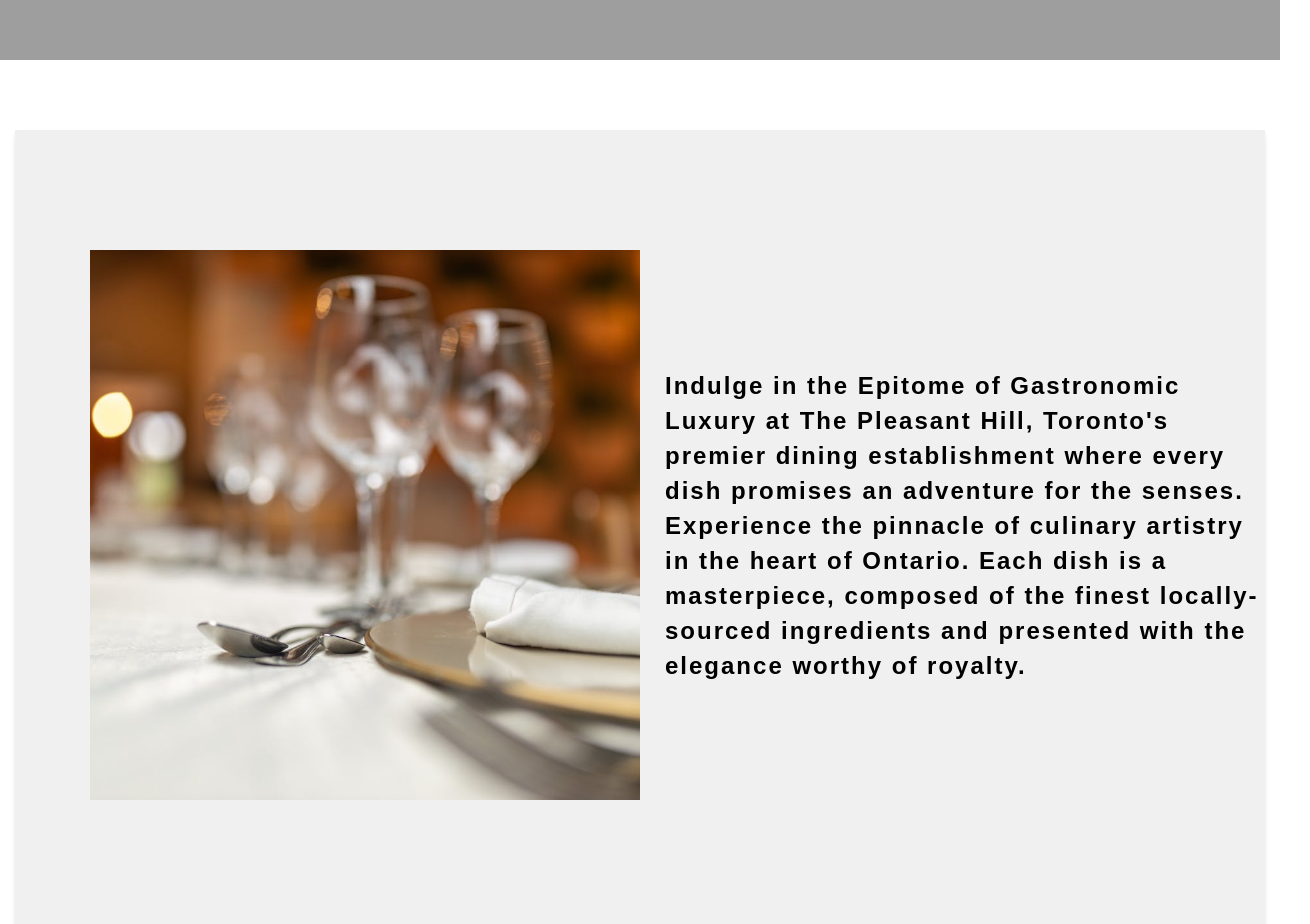
Repository: shayanabedi98/pleasant-hill-restaurant
Page: /
These files come from the project's save history. The page is drawn as it stood at one moment and after the next save; the edit follows.
The browser window is 1280 px wide. The page is 1290 px wide, then 1310 px, then 1290 px, so the pictures cover 1310 px, including what lies to the right of the window. The pictures show the part of the page from y = 920 to 1844 px (the page is 2622 px tall).
Pictures or frames that could not be fetched are drawn as grey boxes. Backgrounds fixed to the window are drawn as part of the page. Some web fonts or font styles are not loaded; a fallback is used. The project was rebuilt for these pictures with package versions that can differ from the ones it lists, and the page was loaded fresh each time. Also part of the build but not shown: vite.config.js, src/components/Contact.jsx, src/components/MenuList.jsx, src/components/Appetizers.jsx, src/components/Entrees.jsx, src/components/Desserts.jsx, src/components/Drinks.jsx, src/components/Menu.jsx and 1 more.

Above is the page before, as saved 2023-12-27 19:09:34.

### index.html
<!doctype html>
<html lang="en">
  <head>
    <meta charset="UTF-8" />
    <link rel="icon" type="image/svg+xml" href="/vite.svg" />
    <meta name="viewport" content="width=device-width, initial-scale=1.0" />
    <link rel="preconnect" href="https://fonts.googleapis.com">
    <link rel="preconnect" href="https://fonts.gstatic.com" crossorigin>
    <link href="https://fonts.googleapis.com/css2?family=Italiana&display=swap" rel="stylesheet">
    <title></title>
  </head>
  <body>
    <div id="root"></div>
    <script type="module" src="/src/main.jsx"></script>
  </body>
</html>

### src/App.jsx
import { useState } from "react";
import Contact from "./components/Contact";
import Home from "./components/Home";
import Menu from "./components/Menu";
import Navbar from "./components/Navbar";
import "./App.css";

function App() {
  const [activeDiv, setActiveDiv] = useState({
    home: true,
    menu: false,
    contact: false,
  });

  const renderDiv = (clickedItem) => {
    setActiveDiv({
      home: clickedItem === 'home',
      menu: clickedItem === 'menu',
      contact: clickedItem === 'contact'
    })
  }

  return (
    <>
      <Navbar onClick={renderDiv} />
      {activeDiv.home && <Home />}
      {activeDiv.menu && <Menu />}
      {activeDiv.contact && <Contact />}
    </>
  );
}

export default App;

### src/components/Home.jsx
import React from 'react'
import aboutImg from '../assets/about.jpg'
import toronto from '../assets/toronto.jpg'
import '../assets/banner.jpg'

const Home = () => {
  return (
    <div className='home'>
      <div className='banner-content'>
        <h1>Dine in luxury at The Pleasant Hill</h1>
        <div className='banner-buttons'>
          <button>View Menu</button>
          <button>Book Reservation</button>
        </div>
      </div>
      <div className="about">
        <div className='about1'>
          <img src={aboutImg} alt="zoomed in picture of a dining table with utensils" />
          <h2>Indulge in the Epitome of Gastronomic Luxury at The Pleasant Hill, Toronto's premier dining establishment where every dish promises an adventure for the senses. Experience the pinnacle of culinary artistry in the heart of Ontario. Each dish is a masterpiece, composed of the finest locally-sourced ingredients and presented with the elegance worthy of royalty.</h2>
        </div>

        <div className="about2">
          <p>Nestled in the heart of Toronto, Ontario, The Pleasant Hill offers an oasis of culinary refinement in a world bustling with activity. This luxurious haven of gastronomy is not just a restaurant; it is a destination where the art of fine dining is celebrated, and every meal is an exquisite journey. With its opulent ambiance, The Pleasant Hill invites patrons to indulge in a symphony of flavors crafted by world-renowned chefs. Our sommelier-curated wine selection complements the epicurean delights, featuring rare vintages and sought-after labels from the most esteemed vineyards. At The Pleasant Hill, we believe that a meal should be a cherished moment, a time to savor the luxuries that life has to offer. We take pride in creating an unforgettable experience that begins with a warm welcome and lingers long after the last decadent dessert is enjoyed. Come, be our guest and immerse yourself in the pinnacle of Toronto's dining scene.</p>
          <img src={toronto} alt="Toronto skyline" />
        </div>
      </div>
    </div>
  )
}

export default Home

### src/components/Navbar.jsx
import React from "react";
import logo from "../assets/logo2.png";

const Navbar = ({ onClick }) => {
  return (
    <div className="navbar">
      <img src={logo} alt="" />
      <ul>
        <li onClick={() => onClick("home")}>Home</li>
        <li onClick={() => onClick("menu")}>Menu</li>
        <li onClick={() => onClick("contact")}>Contact</li>
      </ul>
    </div>
  );
};

export default Navbar;

### src/App.css


* {
  font-family: 'Italiana', sans-serif;
  font-weight: 600;
  letter-spacing: 2px;
}

body {
  padding: 0px;
  margin: 0px;
}

.navbar {
  background-color: black;
  display: grid;
  grid-template-columns: 1fr 1fr;
  place-items: center;
  align-content: center;
  height: 120px;
  box-shadow: rgba(0, 0, 0, 0.24) 0px 3px 8px;
  z-index: 2;
  position: fixed;
  width: 100%;
  top: 0;
}

.navbar ul li {
  list-style: none;
  font-size: 24px;
  text-align: center;
  color: rgb(245, 245, 232);
  background-color: black;
}

.navbar ul {
  display: grid;
  width: 70%;
  grid-template-columns: 1fr 1fr 1fr;
  padding: 0px;
  margin: 0px;

}

.navbar ul li:hover {
  cursor: pointer;
  background-color: #aa9c66;
}

.banner-content {
  background: url('./assets/banner.jpg');
  background-attachment: fixed;
  height: 980px;
  display: grid;
  place-items: center;
}

.banner-content h1 {
  position: relative;
  top: 200px;
  font-size: 70px;
  color: #ffffff;
}

.banner-buttons {
  position: relative;
  top: -150px;
  display: grid;
  grid-template-columns: 1fr 1fr;
  gap: 50px;
}

.banner-buttons button {
  width: 170px;
  height: 70px;
  font-size: 20px;
  border: none;
  background-color: #aa9c66;
  color: #ffffff;
  cursor: pointer;
  box-shadow: rgba(50, 50, 93, 0.25) 0px 13px 27px -5px, rgba(0, 0, 0, 0.3) 0px 8px 16px -8px;
}

.about {
  box-shadow: rgba(0, 0, 0, 0.1) 0px 4px 6px -1px, rgba(0, 0, 0, 0.06) 0px 2px 4px -1px;
  width: 1200px;
  margin: 70px auto;
  padding: 25px;
  text-align: start;
  background-color: #f0f0f0;
}

.about1, .about2 {
  display: grid;
  grid-template-columns: 1fr 1fr;
  place-items: center;
  width: 1200px;
  margin: 70px auto;
  padding: 25px;
  line-height: 35px;
}

.about img {
  height: 550px;
  width: 550px;
  object-fit: cover;
}

.menu {
  background-color: #aa9c662f;
  width: 1220px;
  padding: 40px;
  margin: 120px auto;
  box-shadow: rgba(0, 0, 0, 0.1) 0px 4px 6px -1px, rgba(0, 0, 0, 0.06) 0px 2px 4px -1px;
}

.card-container {
  display: grid;
  gap: 20px;
  grid-template-columns: repeat(3, 1fr);
  place-items: center;
  color: #aa9c66;
  width: 1200px;
  margin: auto;
}

.menu-imgs {
  width: 300px;
  margin: 30px 30px 30px 30px;
  border-radius: 5%;
}

.menu-desc {
  text-align: center;
  font-weight: 600;
  padding-left: 20px;
  padding-right: 20px
}

.menu-names {
  font-size: 25px;
  text-decoration: underline;
  color: rgb(158, 152, 96);
}

.card {
  width: 370px;
  min-height: 400px;
  cursor: pointer;
  box-shadow: 0 13px 27px -5px hsla(240, 30.1%, 28%, 0.25), 0 8px 16px -8px hsla(0, 0%, 0%, 0.3), 0 -6px 16px -6px hsla(0, 0%, 0%, 0.03);
  transition: all ease 200ms;
  display: grid;
  place-items: center;
  grid-template-rows: 1fr 0.3fr 0.3fr;
  background-color: black;
  border-radius: 1rem;
  overflow: hidden;

}

.card:hover {
  cursor: pointer;
  transform: scale(1.03);
  box-shadow: 0 13px 40px -5px hsla(240, 30.1%, 28%, 0.12), 0 8px 32px -8px hsla(0, 0%, 0%, 0.14), 0 -6px 32px -6px hsla(0, 0%, 0%, 0.02);
}


.menu-desc, .menu-names {
  background-color: black;
}

.menu h2 {
  text-align: center;
  font-size: 35px;
  margin: 60px 0 60px 0;

}

.menu h1 {
  text-align: center;
  font-size: 40px;
}

.menu-top-p {
  text-align: center;
  font-size: 23px;
  width: 1200px;
  margin: 70px auto;
}


.contact h1 {
  text-align: center;
  width: 1200px;
  font-size: 45px;
  margin: 70px auto;
  text-decoration: underline;

}

.contact h2 {
  text-align: center;
  margin: 1px auto;
  width: 1200px;
}

.contact h3 {
  text-align: center;
  margin: 40px auto;
}

.iframe-div {
  margin: 50px auto;
  display: flex;
  justify-content: center;
  align-items: center;
}

Loaded but not shown: src/main.jsx (common file)

After the next save:
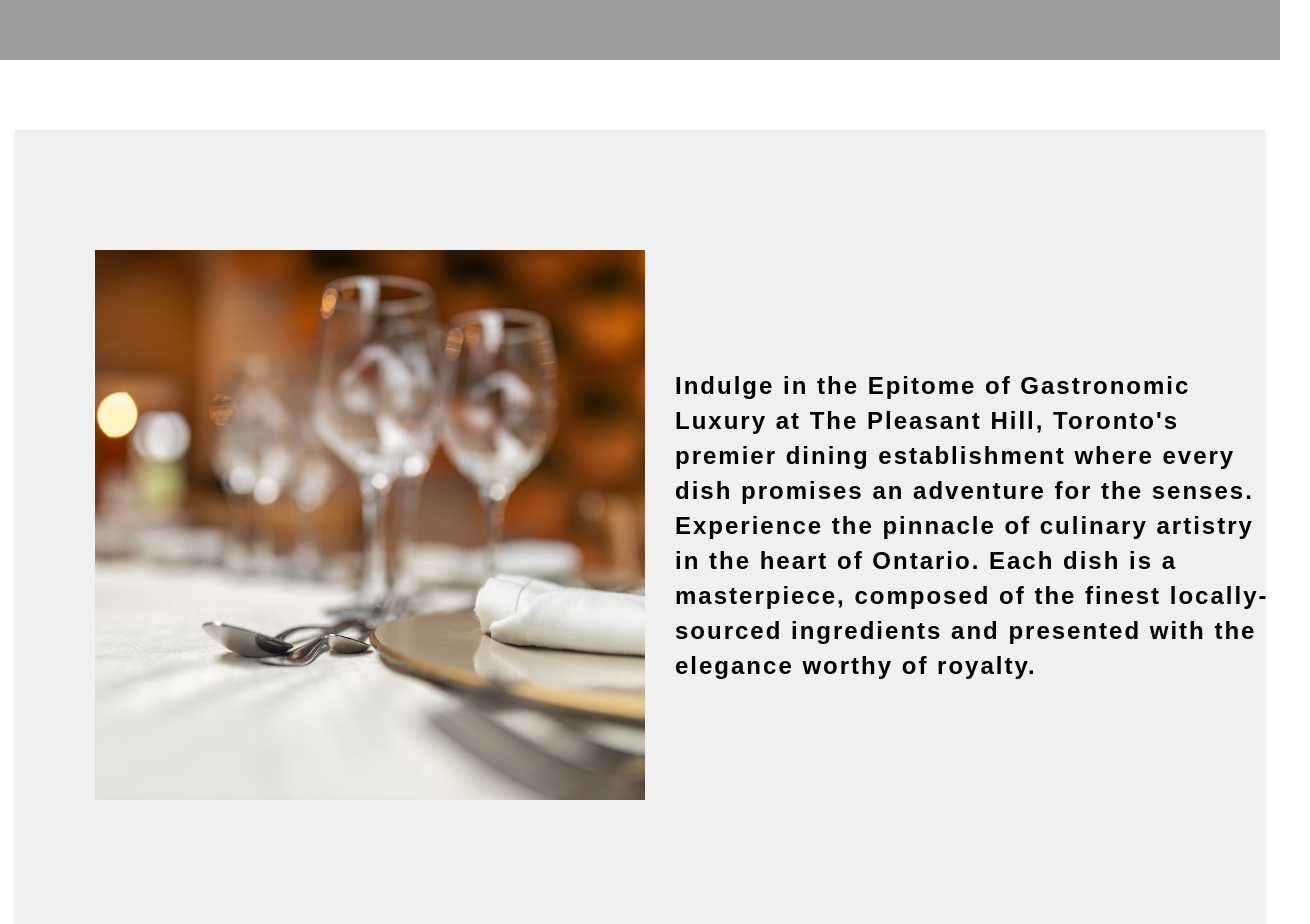
Saved 44 s later.
--- a/src/App.css
+++ b/src/App.css
@@ -94,7 +94,7 @@
   display: grid;
   grid-template-columns: 1fr 1fr;
   place-items: center;
-  width: 1200px;
+  width: 1220px;
   margin: 70px auto;
   padding: 25px;
   line-height: 35px;

After the save that followed:
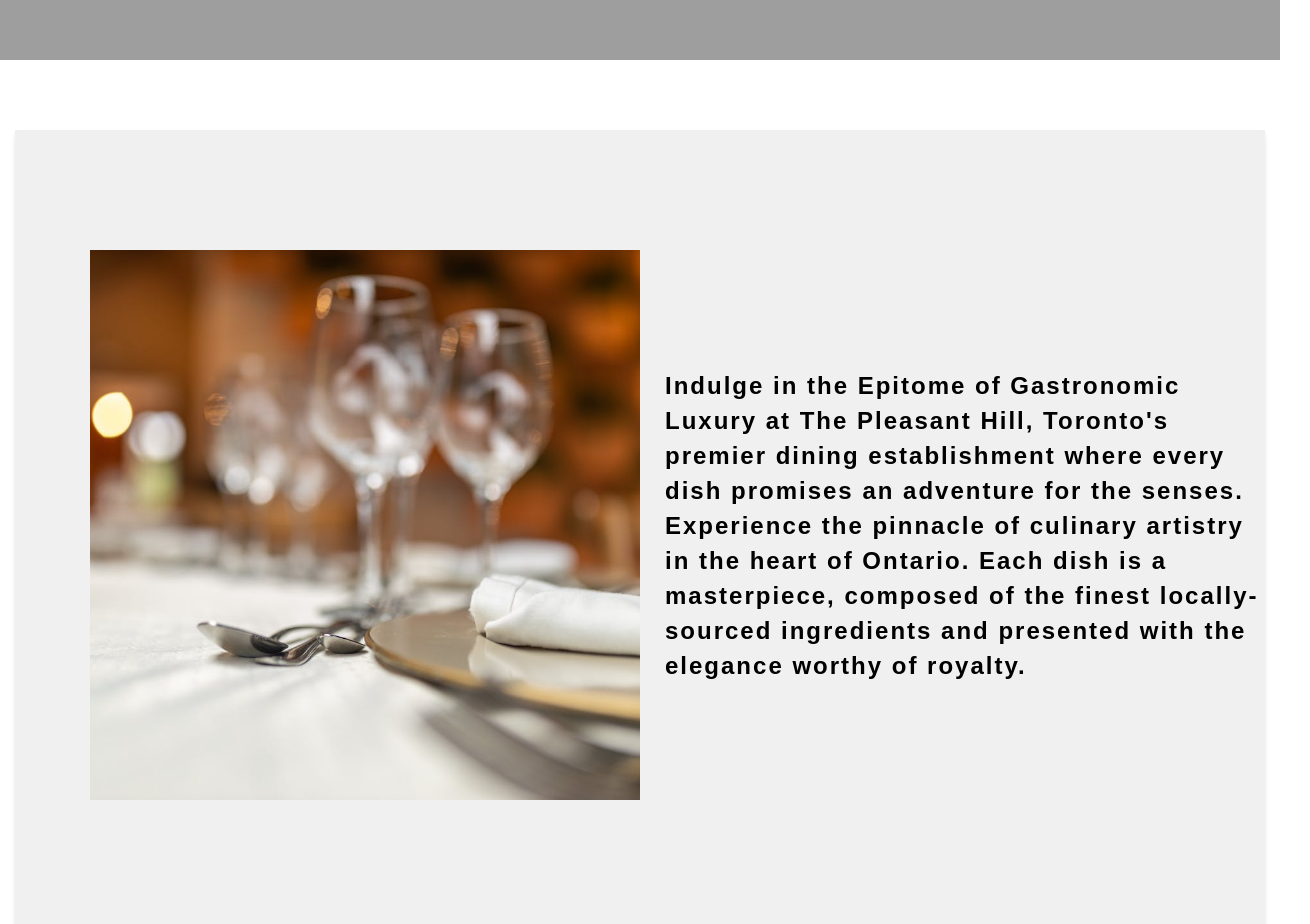
Saved 4 s later.
--- a/src/App.css
+++ b/src/App.css
@@ -94,7 +94,7 @@
   display: grid;
   grid-template-columns: 1fr 1fr;
   place-items: center;
-  width: 1220px;
+  width: 1200px;
   margin: 70px auto;
   padding: 25px;
   line-height: 35px;
